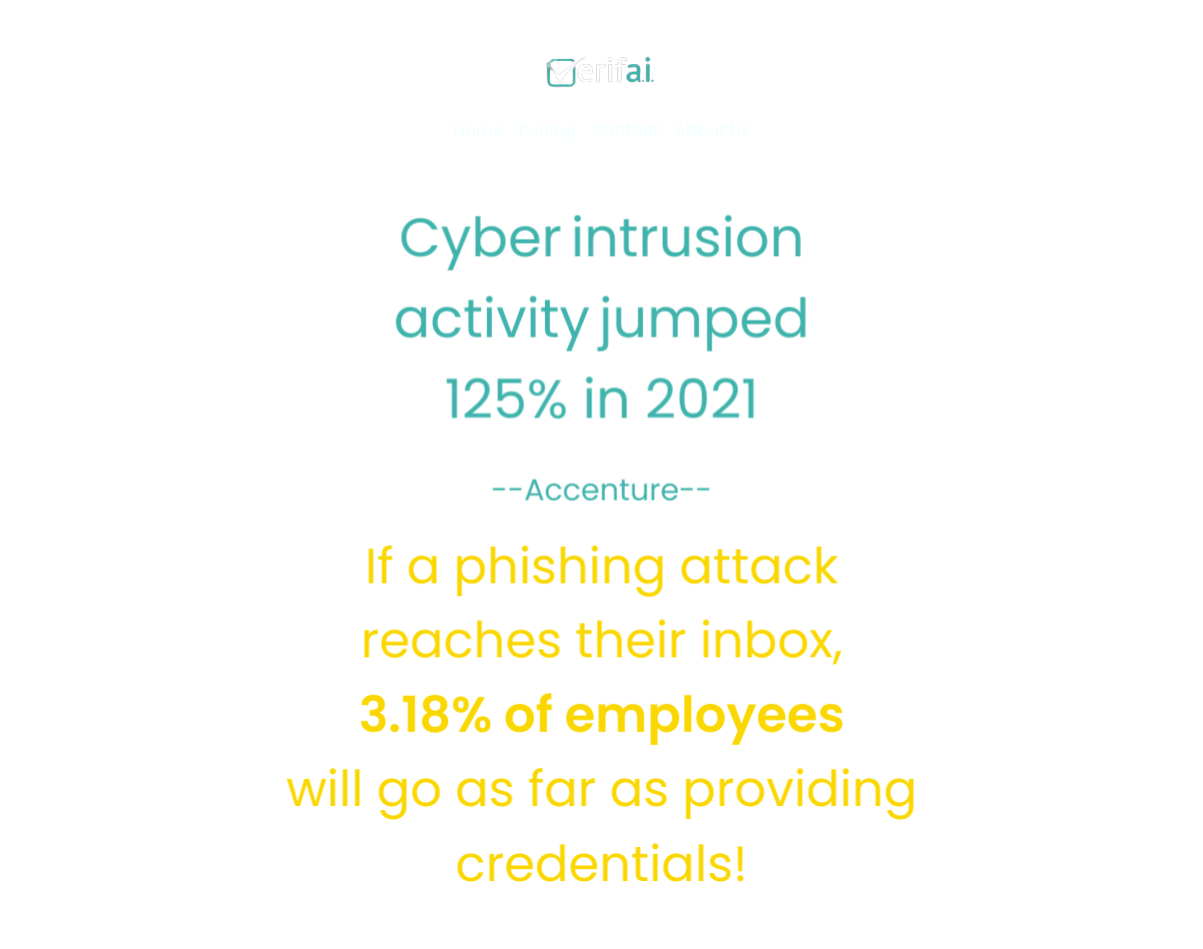
Repository: Ali-VB/verif-website
Page: /contact
The author's editor kept a copy of each file at every save. The page is drawn from the files as they stood at one save, then again after a run of saves.
The browser window is 1280 px wide. The pictures show the whole page, at 94% of full size.
The project was rebuilt for these pictures with package versions that can differ from the ones it lists, and the page was loaded fresh each time. A package was used in the major version that the imports need, not the one package.json lists. Also part of the build but not shown: src/components/Features/Features.css, src/components/Features/Features.jsx, src/components/AiSection/AiSection.css, src/components/AiSection/AiSection.jsx, src/components/BuySection/BuySection.css, src/components/BuySection/BuySection.jsx, src/components/Supporter/Supporter.css, src/components/Supporter/SupporterItem.jsx and 5 more.

Above is the page before, as saved 2022-04-21 16:43:18.

After the next 2 saves:
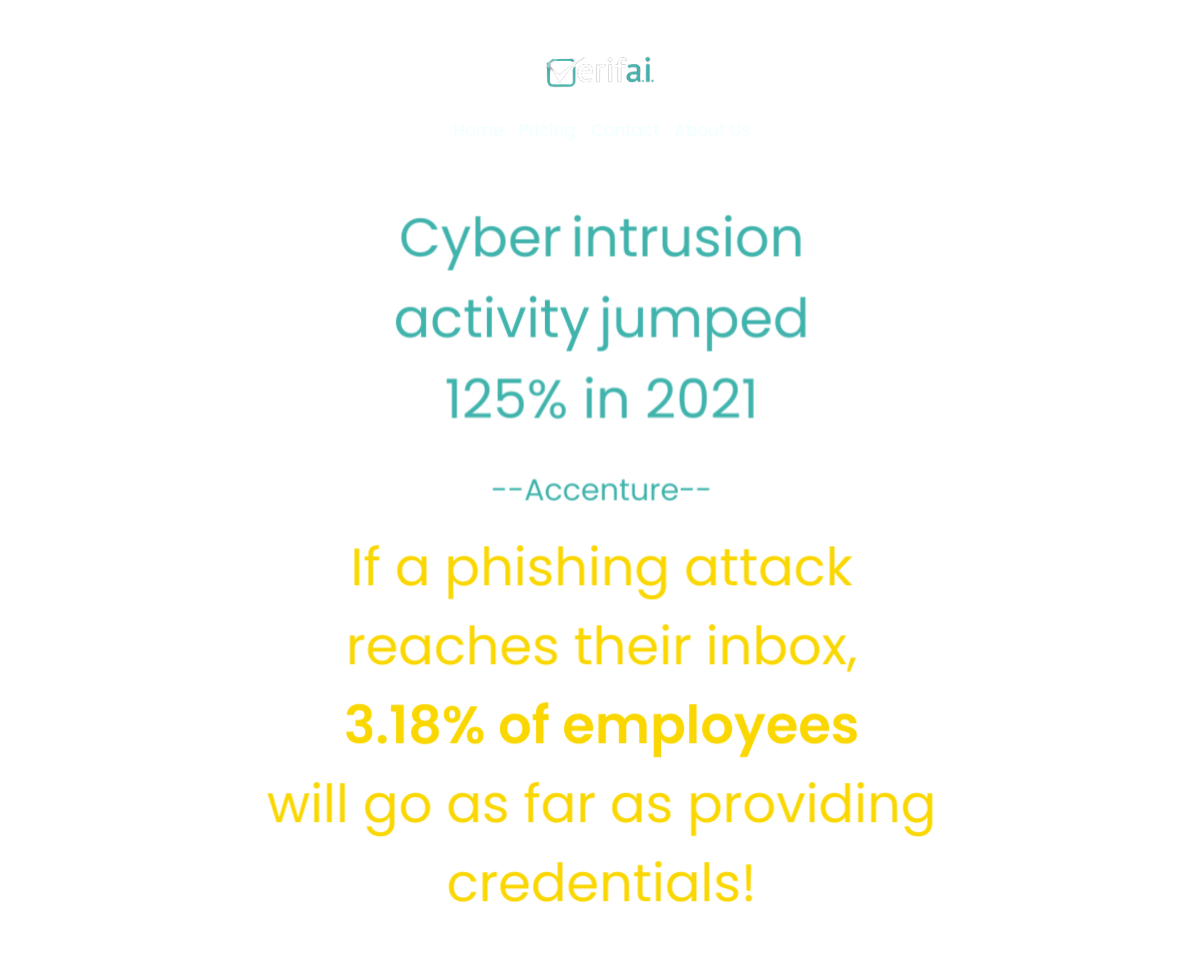
The 2 saves are shown as one change because they came seconds apart.
The last was saved 6 s later.
--- a/src/components/Header/Header.css
+++ b/src/components/Header/Header.css
@@ -20,7 +20,7 @@
 .text-second {
     padding: 0.3rem 1.5rem;
     color: #FAD700;
-    font-size:3.3rem;
+    font-size:3.5rem;
     width: 70%;
     margin: 0 auto;
     text-align: center;
